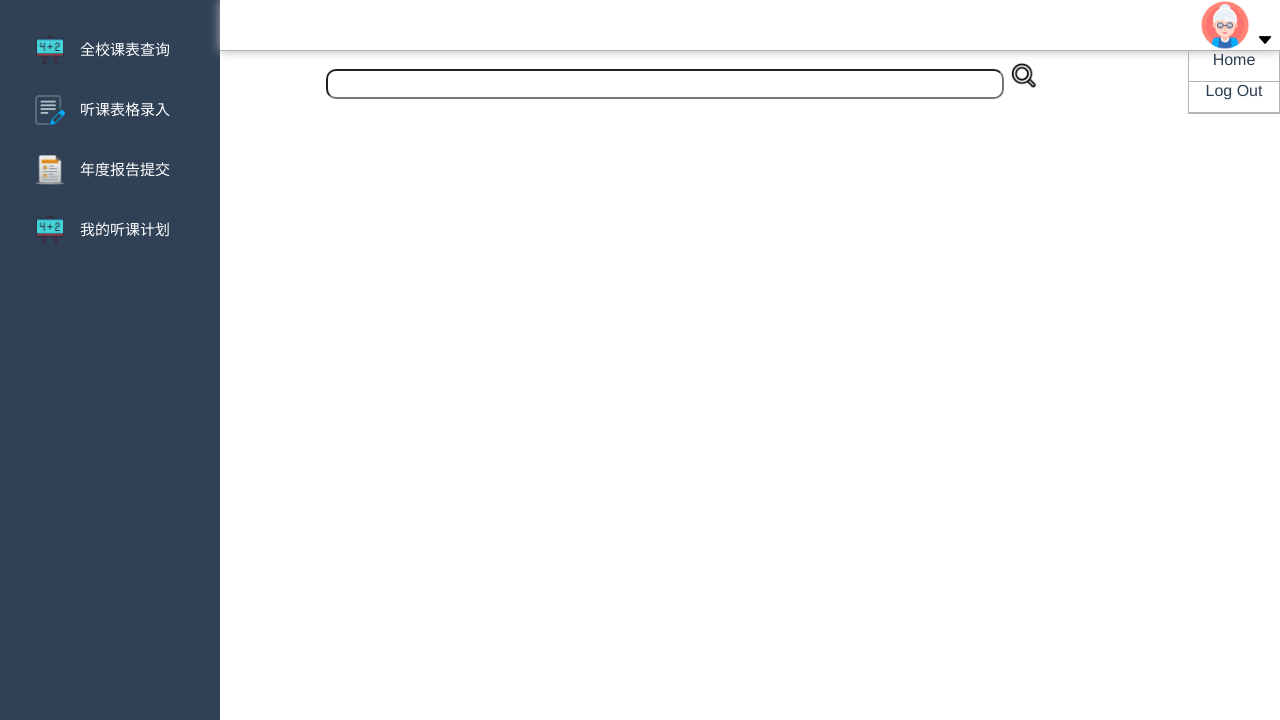
Repository: shandamengcheng/graduate-project
Page: /home
An editor plug-in stored every save of this project. The page is shown before and after the next save, followed by the edit.
The browser window is 1280 px wide. The pictures show the whole page.
The project was rebuilt for these pictures with package versions that can differ from the ones it lists, and the page was loaded fresh each time. Also part of the build but not shown: src/views/Login.vue.

Above is the page before, as saved 2021-03-14 12:41:27.

After the next save:
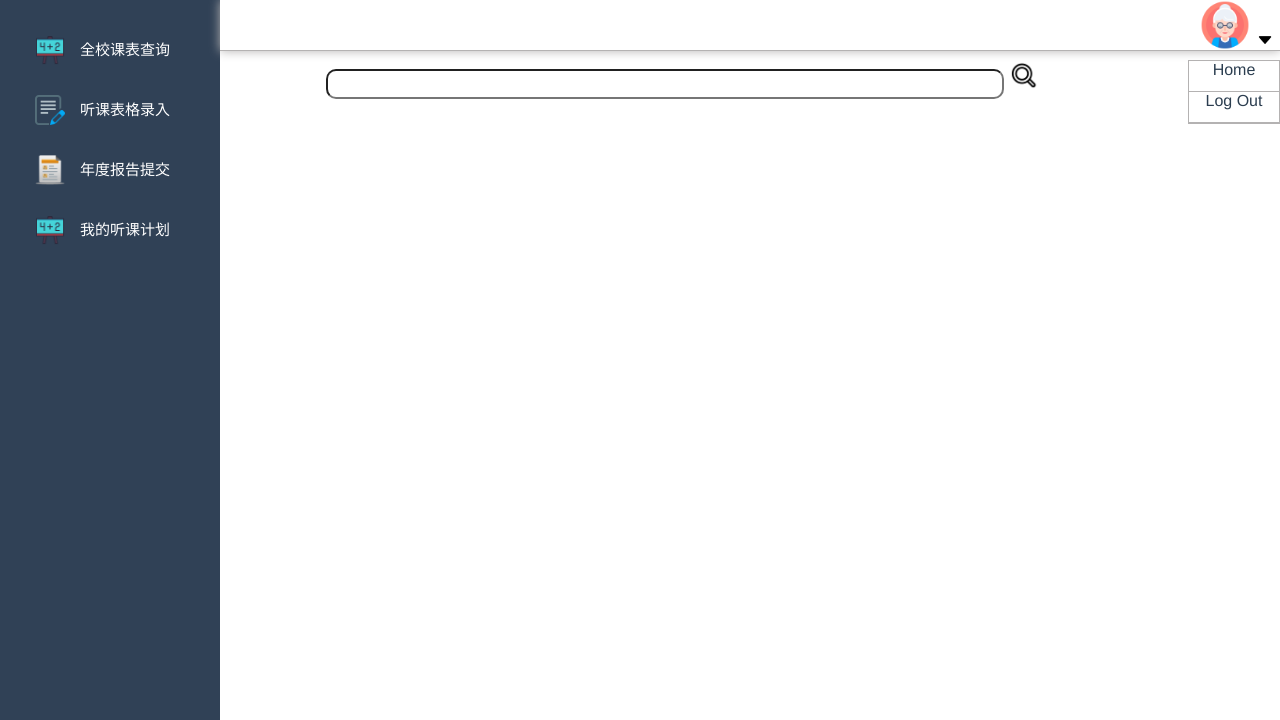
Saved 8 s later.
--- a/src/components/NavigationBar.vue
+++ b/src/components/NavigationBar.vue
@@ -38,7 +38,7 @@ export default {
 }
 .avatar-menu {
   position: absolute;
-  top: 50px;
+  top: 60px;
   right: 0;
   width: 90px;
   border: 1px solid rgb(180, 178, 178);
